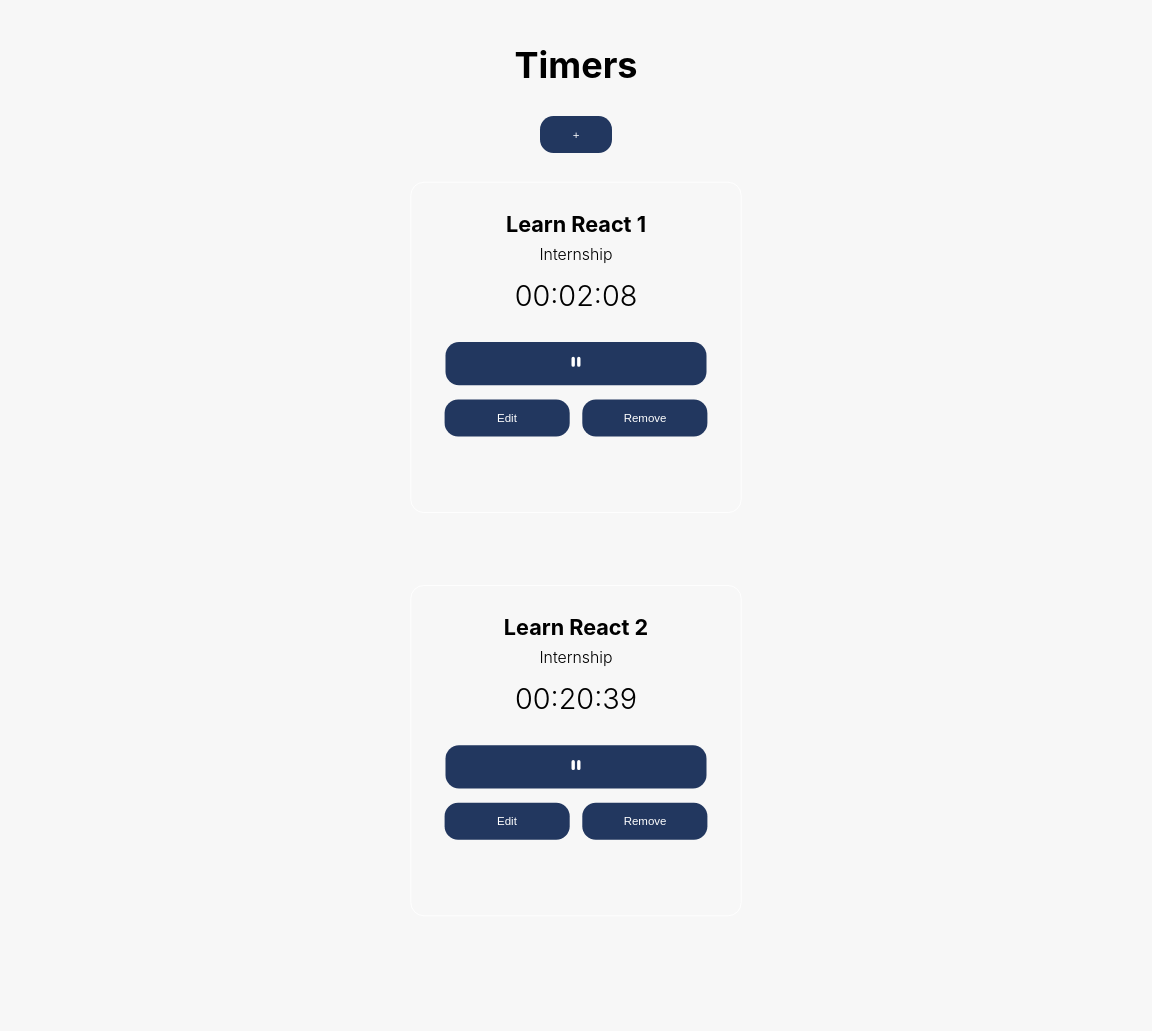
Repository: dqhuy153/react-timer
Page: /
These files come from the project's save history. The page is drawn as it stood at one moment and after the next save; the edit follows.
The browser window is 1280 px wide. The pictures show the whole page, at 90% of full size.
The project was rebuilt for these pictures with package versions that can differ from the ones it lists, and the page was loaded fresh each time. Also part of the build but not shown: src/components/TimerForm/TimerForm.module.scss, src/components/TimerForm/index.jsx.

Above is the page before, as saved 2021-10-26 17:50:45.

After the next save:
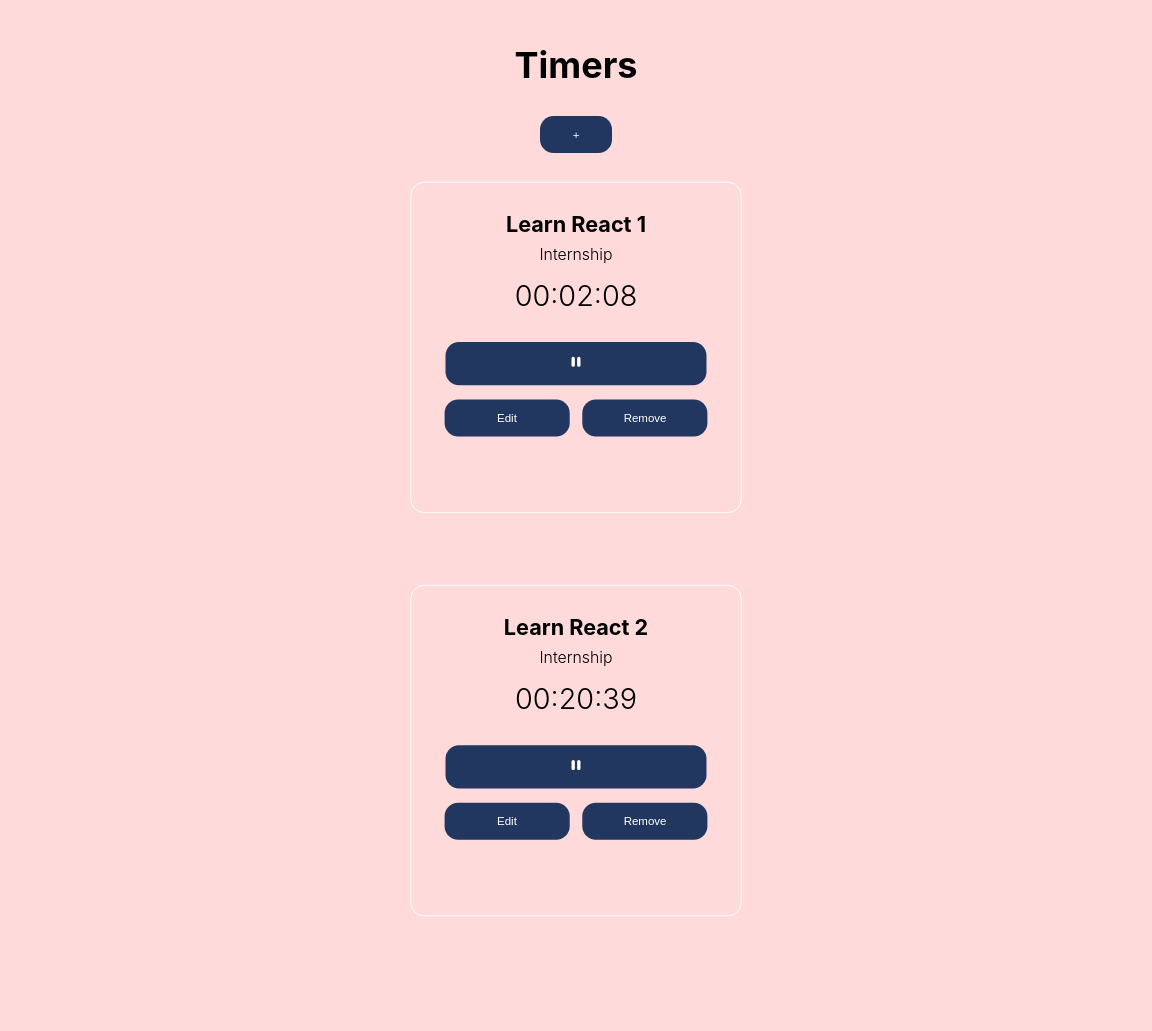
Saved 44 s later.
--- a/src/App.scss
+++ b/src/App.scss
@@ -1,5 +1,5 @@
 .App {
-  background: #f7f7f7;
+  background: #ffdada;
 }
 
 .body {
